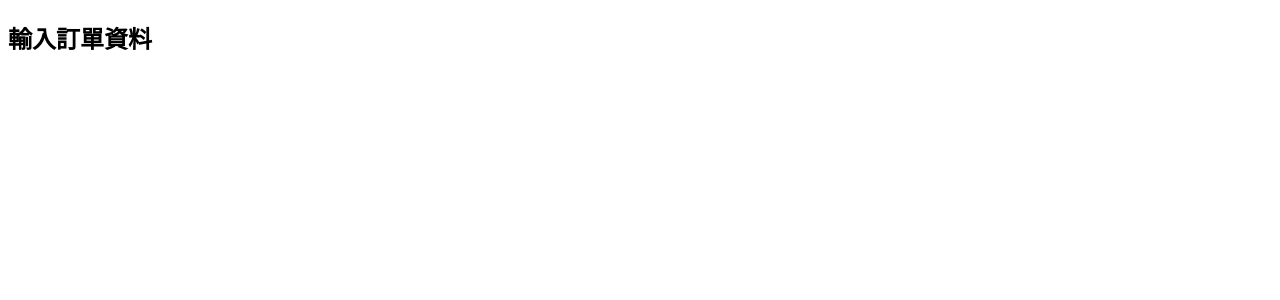
Repository: cc666801/ServletSchool
Page: JSP/src/main/webapp/m09/PostOrder.html
The author's editor kept a copy of each file at every save. The page is drawn from the files as they stood at one save, then again after the next save.
The browser window is 1280 px wide. The pictures show the whole page.

Above is the page before, as saved 2023-03-07 08:14:20.

### JSP/src/main/webapp/m09/PostOrder.html
<!DOCTYPE html>
<html>
<head>
<meta charset="UTF-8">
<title>PostOrder</title>
</head>
<body>
<div align="center"></div>
<h2>輸入訂單資料</h2>

</body>
</html>

After the next save:
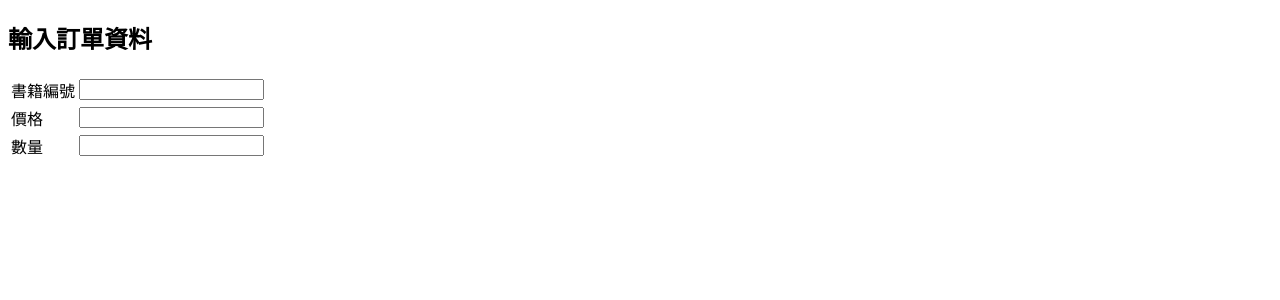
Saved 3 min 58 s later.
--- a/JSP/src/main/webapp/m09/PostOrder.html
+++ b/JSP/src/main/webapp/m09/PostOrder.html
@@ -7,6 +7,18 @@
 <body>
 <div align="center"></div>
 <h2>輸入訂單資料</h2>
+<form method="post" action="OrderBean1.jsp">
+	<table>
+		<tr><td>書籍編號</td>
+			<td><input type="text" name="bookno" /></td></tr>
+		<tr><td>價格</td>
+			<td><input type="text" name="price" /></td></tr>
+		<tr><td>數量</td>
+			<td><input type="text" name="quantity" /></td></tr>
 
+
+
+	</table>
+</form>
 </body>
 </html>
